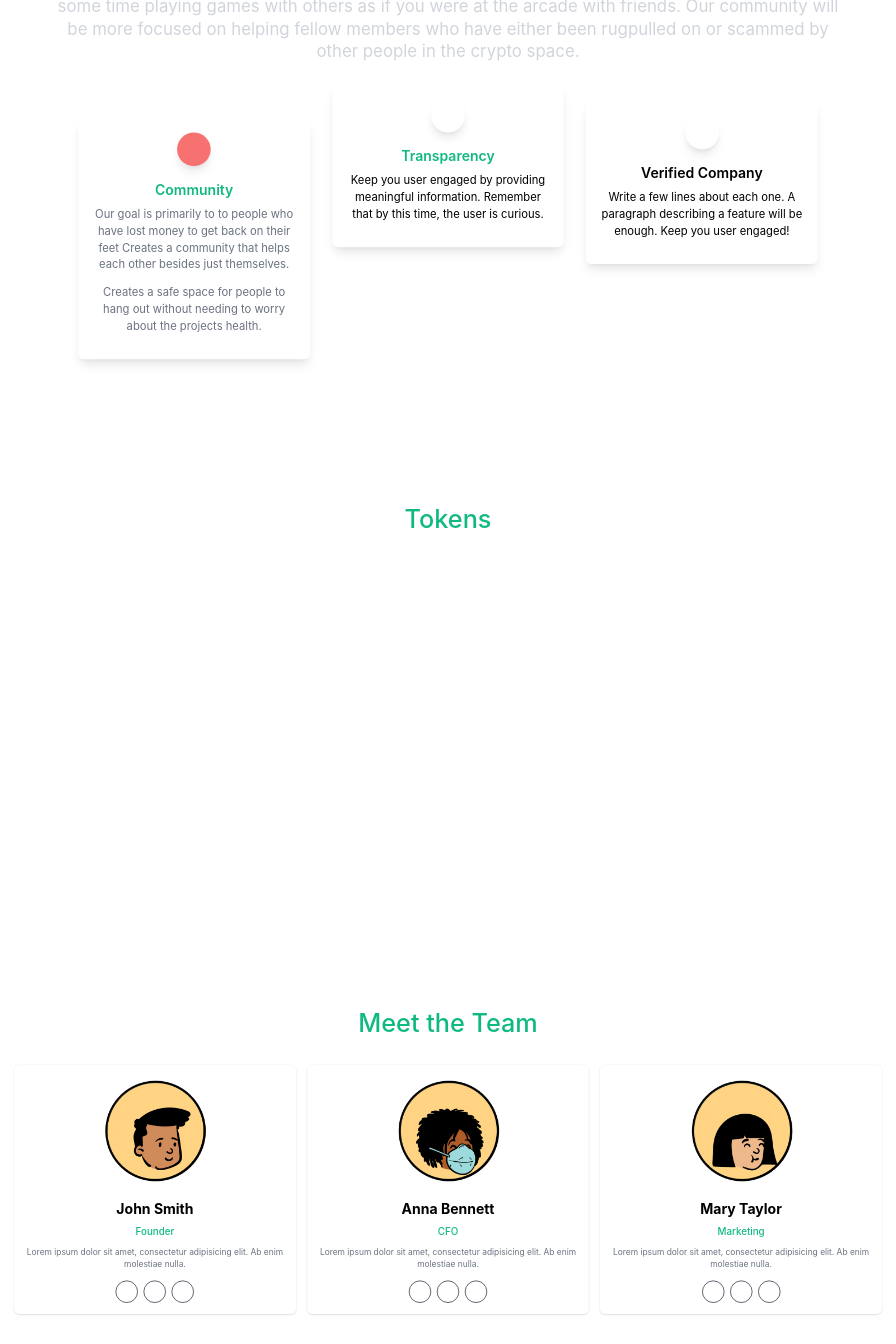
Repository: rhinorphan/phat-landing-page
Page: /
These files come from the project's save history. The page is drawn as it stood at one moment and after the next save; the edit follows.
The browser window is 1280 px wide. The pictures show the part of the page from y = 1456 to 3376 px (the page is 4080 px tall before and 4016 px after), at 70% of full size.
The project was rebuilt for these pictures with package versions that can differ from the ones it lists, and the page was loaded fresh each time. Also part of the build but not shown: craco.config.js.

Above is the page before, as saved 2021-11-17 17:39:14.

### public/index.html
<!DOCTYPE html>
<html lang="en">
  <head>
    <meta charset="utf-8" />
    <link rel="icon" href="%PUBLIC_URL%/assets/images/server_icon.png" />
    <meta name="PHAT" content="width=device-width, initial-scale=1" />
    <meta name="theme-color" content="#000000" />
    <meta
      name="description"
      content="PHAT Landing Page"
    />
    <link rel="apple-touch-icon" href="%PUBLIC_URL%/assets/images/server_icon.png" />
    <!--
      manifest.json provides metadata used when your web app is installed on a
      user's mobile device or desktop. See https://developers.google.com/web/fundamentals/web-app-manifest/
    -->
    <link rel="manifest" href="%PUBLIC_URL%/manifest.json" />
    <!--
      Notice the use of %PUBLIC_URL% in the tags above.
      It will be replaced with the URL of the `public` folder during the build.
      Only files inside the `public` folder can be referenced from the HTML.

      Unlike "/favicon.ico" or "favicon.ico", "%PUBLIC_URL%/favicon.ico" will
      work correctly both with client-side routing and a non-root public URL.
      Learn how to configure a non-root public URL by running `npm run build`.
    -->
    <title>Party Hats</title>
  </head>
  <body>
    <noscript>You need to enable JavaScript to run this app.</noscript>
    <div id="root"></div>
    <!--
      This HTML file is a template.
      If you open it directly in the browser, you will see an empty page.

      You can add webfonts, meta tags, or analytics to this file.
      The build step will place the bundled scripts into the <body> tag.

      To begin the development, run `npm start` or `yarn start`.
      To create a production bundle, use `npm run build` or `yarn build`.
    -->
  </body>
</html>

### src/App.js
import logo from './logo.svg';
import './App.css';
import Header from './components/Header';
import Contact from './components/Contact';
import Landing from './components/Landing';
import Community from './components/Community';
import Tokens from './components/Tokens';
import About from './components/About';

function App() {
  return (
    <div className="app">
        <Header />
        <div className="app__body">
          <Landing />
          <Community />
          <Tokens />
          <About />
          <Contact />
        </div>
    </div>
  );
}

export default App;

### src/App.css
.active {
  @apply py-4 px-2 text-green-500 border-b-4 border-green-500 font-semibold
}

.active2 {
  @apply block text-sm px-2 py-4 text-white bg-green-500 font-semibold
}

.nobull {
  list-style-type: none;
}

### src/components/Header.js
import React from 'react';
import { Link, animateScroll as scroll } from "react-scroll";

function Header() {

  const handleSubmit = (e) => {
    e.preventDefault();

		const menu = document.querySelector(".mobile-menu");

		menu.classList.toggle("hidden");
  }
  const scrollToTop = (e) => {
    scroll.scrollToTop();
  };

  return (
    <nav class="bg-white shadow-lg sticky top-0">
			<div class="max-w-6xl mx-auto px-4">
				<div class="flex justify-between">
					<div class="flex space-x-7">
						<div>
							<a href="" class="flex items-center py-4 px-2">
								<img src={`${process.env.PUBLIC_URL}/assets/images/server_icon.png`} alt="Logo" class="inline object-cover w-12 h-12 mr-4 rounded-full"/>
								<span onClick={scrollToTop}class="font-semibold text-gray-500 text-lg">Party Hats</span>
							</a>
						</div>
						<div class="hidden md:flex items-center space-x-1 nobull">
              <li><Link activeClass="active" className="py-4 px-2 text-gray-500 font-semibold hover:text-green-500 transition duration-300 cursor-pointer"
              to="landing" spy={true} smooth={true} duration={500}>Home</Link></li>
							<li><Link activeClass="active" className="py-4 px-2 text-gray-500 font-semibold hover:text-green-500 transition duration-300 cursor-pointer"
              to="community" spy={true} smooth={true} duration={500}>Community</Link></li>
              <li><Link activeClass="active" className="py-4 px-2 text-gray-500 font-semibold hover:text-green-500 transition duration-300 cursor-pointer"
              to="token" spy={true} smooth={true} duration={500}>Tokens</Link></li>
							<li><Link activeClass="active" className="py-4 px-2 text-gray-500 font-semibold hover:text-green-500 transition duration-300 cursor-pointer"
              to="about" spy={true} smooth={true} duration={500}>About</Link></li>
							<li><Link activeClass="active" className="py-4 px-2 text-gray-500 font-semibold hover:text-green-500 transition duration-300 cursor-pointer"
              to="contact" spy={true} smooth={true} duration={500}>Contact</Link></li>
						</div>
					</div>
					<div class="hidden md:flex items-center space-x-3 ">
						<a target="_blank" rel="noopener noreferrer" href="https://tetr.io/" class="py-2 px-8 font-medium text-white bg-green-500 hover:bg-green-400 transition duration-300 rounded-full">Play</a>
					</div>
					<div class="md:hidden flex items-center">
						<button class="outline-none mobile-menu-button" onClick={handleSubmit}>
						<svg class=" w-6 h-6 text-gray-500 hover:text-green-500 "
							x-show="!showMenu"
							fill="none"
							stroke-linecap="round"
							stroke-linejoin="round"
							stroke-width="2"
							viewBox="0 0 24 24"
							stroke="currentColor"
						>
							<path d="M4 6h16M4 12h16M4 18h16"></path>
						</svg>
					</button>
					</div>
				</div>
			</div>
			<div class="hidden mobile-menu">
				<ul class="">
					<li><Link activeClass="active2" className="block text-sm px-2 py-4 hover:bg-green-500 transition duration-300 hover:text-white cursor-pointer"
              to="landing" spy={true} smooth={true} duration={500}>Home</Link></li>
					<li><Link activeClass="active2" className="block text-sm px-2 py-4 hover:bg-green-500 transition duration-300 hover:text-white cursor-pointer"
              to="community" spy={true} smooth={true} duration={500}>Community</Link></li>
          <li><Link activeClass="active2" className="block text-sm px-2 py-4 hover:bg-green-500 transition duration-300 hover:text-white cursor-pointer"
              to="token" spy={true} smooth={true} duration={500}>Tokens</Link></li>
					<li><Link activeClass="active2" className="block text-sm px-2 py-4 hover:bg-green-500 transition duration-300 hover:text-white cursor-pointer"
              to="about" spy={true} smooth={true} duration={500}>About</Link></li>
					<li><Link activeClass="active2" className="block text-sm px-2 py-4 hover:bg-green-500 transition duration-300 hover:text-white cursor-pointer"
              to="contact" spy={true} smooth={true} duration={500}>Contact</Link></li>
				</ul>
			</div>
		</nav>
  )
}

export default Header

### src/components/Contact.js
import React from 'react'
import { Link, animateScroll as scroll } from "react-scroll";

function Contact() {

  return (
    <section
      className="text-gray-700 body-font h-100" name="contact">
        <div className="container px-5 py-18 mx-auto">
          <div className="flex flex-col text-center w-full mb-12">
            <h1 className="sm:text-4xl text-2xl font-medium title-font mb-4 text-green-500">
              Contact Us
            </h1>
            <p className="lg:w-2/3 mx-auto leading-relaxed text-base">
            Neque porro quisquam est qui dolorem ipsum quia dolor sit amet, consectetur, adipisci velit.
            </p>
          </div>
          <div className="lg:w-1/2 md:w-2/3 mx-auto">
            <div className="flex flex-wrap -m-2">
              <div className="p-2 w-1/2">
                <div className="">
                  <label for="name" className="leading-7 text-sm text-gray-600">
                    Name
                  </label>
                  <input
                    type="text"
                    id="name"
                    name="name"
                    className="w-full bg-gray-100 rounded border border-gray-300 focus:border-green-500 text-base outline-none text-gray-700 py-1 px-3 leading-8 transition-colors duration-200 ease-in-out"
                  />
                </div>
              </div>
              <div className="p-2 w-1/2">
                <div className="">
                  <label
                    for="email"
                    className="leading-7 text-sm text-gray-600"
                  >
                    Email
                  </label>
                  <input
                    type="email"
                    id="email"
                    name="email"
                    className="w-full bg-gray-100 rounded border border-gray-300 focus:border-green-500 text-base outline-none text-gray-700 py-1 px-3 leading-8 transition-colors duration-200 ease-in-out"
                  />
                </div>
              </div>
              <div className="p-2 w-full">
                <div className="">
                  <label
                    for="message"
                    className="leading-7 text-sm text-gray-600"
                  >
                    Message
                  </label>
                  <textarea
                    id="message"
                    name="message"
                    className="w-full bg-gray-100 rounded border border-gray-300 focus:border-green-500 h-32 text-base outline-none text-gray-700 py-1 px-3 resize-none leading-6 transition-colors duration-200 ease-in-out"
                  ></textarea>
                </div>
              </div>
              <div className="p-2 w-full">
                <button className="flex mx-auto py-2 px-8 font-medium text-white bg-green-500 rounded hover:bg-green-400 transition duration-300">
                  Send
                </button>
              </div>
              <div className="p-2 w-full pt-8 mt-8 border-t border-gray-200 text-center">
                <a className="text-green-500">example@email.com</a>
                <p className="leading-normal my-5">
                  49 Smith St.
                  <br />
                  Saint Cloud, MN 56301
                </p>
                <span className="inline-flex">
                  <a className="ml-4 text-gray-500">
                    <svg xmlns="http://www.w3.org/2000/svg" className="w-5 h-5" fill="currentColor" class="bi bi-discord" viewBox="0 0 16 16">
                      <path d="M13.545 2.907a13.227 13.227 0 0 0-3.257-1.011.05.05 0 0 0-.052.025c-.141.25-.297.577-.406.833a12.19 12.19 0 0 0-3.658 0 8.258 8.258 0 0 0-.412-.833.051.051 0 0 0-.052-.025c-1.125.194-2.22.534-3.257 1.011a.041.041 0 0 0-.021.018C.356 6.024-.213 9.047.066 12.032c.001.014.01.028.021.037a13.276 13.276 0 0 0 3.995 2.02.05.05 0 0 0 .056-.019c.308-.42.582-.863.818-1.329a.05.05 0 0 0-.01-.059.051.051 0 0 0-.018-.011 8.875 8.875 0 0 1-1.248-.595.05.05 0 0 1-.02-.066.051.051 0 0 1 .015-.019c.084-.063.168-.129.248-.195a.05.05 0 0 1 .051-.007c2.619 1.196 5.454 1.196 8.041 0a.052.052 0 0 1 .053.007c.08.066.164.132.248.195a.051.051 0 0 1-.004.085 8.254 8.254 0 0 1-1.249.594.05.05 0 0 0-.03.03.052.052 0 0 0 .003.041c.24.465.515.909.817 1.329a.05.05 0 0 0 .056.019 13.235 13.235 0 0 0 4.001-2.02.049.049 0 0 0 .021-.037c.334-3.451-.559-6.449-2.366-9.106a.034.034 0 0 0-.02-.019Zm-8.198 7.307c-.789 0-1.438-.724-1.438-1.612 0-.889.637-1.613 1.438-1.613.807 0 1.45.73 1.438 1.613 0 .888-.637 1.612-1.438 1.612Zm5.316 0c-.788 0-1.438-.724-1.438-1.612 0-.889.637-1.613 1.438-1.613.807 0 1.451.73 1.438 1.613 0 .888-.631 1.612-1.438 1.612Z"/>
                    </svg>
                  </a>
                  <a className="ml-4 text-gray-500">
                    <svg xmlns="http://www.w3.org/2000/svg" className="w-5 h-5" fill="currentColor" class="bi bi-telegram" viewBox="0 0 16 16">
                      <path d="M16 8A8 8 0 1 1 0 8a8 8 0 0 1 16 0zM8.287 5.906c-.778.324-2.334.994-4.666 2.01-.378.15-.577.298-.595.442-.03.243.275.339.69.47l.175.055c.408.133.958.288 1.243.294.26.006.549-.1.868-.32 2.179-1.471 3.304-2.214 3.374-2.23.05-.012.12-.026.166.016.047.041.042.12.037.141-.03.129-1.227 1.241-1.846 1.817-.193.18-.33.307-.358.336a8.154 8.154 0 0 1-.188.186c-.38.366-.664.64.015 1.088.327.216.589.393.85.571.284.194.568.387.936.629.093.06.183.125.27.187.331.236.63.448.997.414.214-.02.435-.22.547-.82.265-1.417.786-4.486.906-5.751a1.426 1.426 0 0 0-.013-.315.337.337 0 0 0-.114-.217.526.526 0 0 0-.31-.093c-.3.005-.763.166-2.984 1.09z"/>
                    </svg>
                  </a>
                </span>
              </div>
            </div>
          </div>
        </div>
      </section>
  )
}

export default Contact

### src/components/Landing.js
import React from 'react'
import { Link, animateScroll as scroll } from "react-scroll";

function Landing() {
  return (
    <section className="grid md:flex place-items-center h-screen py-10 px-4" name="landing">
      <div class="mx-16">
        <h2 class="text-4xl  font-bold mb-2 text-green-500">
          Community Arcade Cabinet
        </h2>
        <h3 class="text-2xl mb-2 text-gray-300">
        With your beloved games.
        </h3>
        <h3 class="text-2xl mb-8 text-green-500">
        Join the revolution!
        </h3>

        <button class="m-2 bg-white font-bold rounded-full py-4 px-8 shadow-lg uppercase tracking-wider text-green-500 hover:bg-green-400 transition duration-300 hover:text-white">
          <a target="_blank" rel="noopener noreferrer" href="https://lionell-moore.gitbook.io/crypto-party-hats/introductions/what-is-party-hats">Whitepaper</a>
        </button>
        <button class="m-2 bg-white font-bold rounded-full py-4 px-8 shadow-lg uppercase tracking-wider text-green-500 hover:bg-green-400 transition duration-300 hover:text-white">
          <a target="_blank" rel="noopener noreferrer" href="#"><Link activeClass="active"
              to="community" spy={true} smooth={true} duration={500}>Learn More</Link></a>
        </button>
      </div>
      <div className="w-full">
        <img src={`${process.env.PUBLIC_URL}/assets/images/landing.png`} alt="" className="h-full w-full"/>
      </div>
    </section>
  )
}

export default Landing

### src/components/Community.js
import React from 'react'

function Community() {
  return (
    <section className="grid md:grid place-items-center h-100 py-10 px-4" name="community">
      <div className="w-min-50">
        <img src={`${process.env.PUBLIC_URL}/assets/images/collab.png`} alt=""/>
      </div>
      <div class="mx-16 w-50">
        <h2 class="flex text-4xl  font-bold mb-2 text-green-500 justify-center">
        Party Hats?
        </h2>
        <h3 class="flex text-2xl mb-2 text-gray-300 text-center">
        The Party Hats team and our community aims to be a central guild for anyone to join in and spend some time playing games with others as if you were at the arcade with friends. Our community will be more focused on helping fellow members who have either been rugpulled on or scammed by other people in the crypto space.
        </h3>
        <section class="pb-10 bg-blueGray-200 mt-8">
        <div class="container mx-auto px-4">
          <div class="flex flex-wrap">
            <div class="lg:pt-12 pt-6 w-full md:w-4/12 px-4 text-center">
              <div class="relative flex flex-col min-w-0 break-words bg-white w-full mb-8 shadow-lg rounded-lg">
                <div class="px-4 py-5 flex-auto">
                  <div class="text-white p-3 text-center inline-flex items-center justify-center w-12 h-12 mb-5 shadow-lg rounded-full bg-red-400">
                    <i class="fas fa-award"></i>
                  </div>
                  <h6 class="text-xl font-semibold text-green-500">Community</h6>
                  <p class="mt-2 mb-4 text-gray-500">
                  Our goal is primarily to to people who have lost money to get back on their feet
                  Creates a community that helps each other besides just themselves.
                  </p>
                  <p class="mt-2 mb-4 text-gray-500">
                  Creates a safe space for people to hang out without needing to worry about the projects health.
                  </p>
                </div>
              </div>
            </div>
            <div class="w-full md:w-4/12 px-4 text-center">
              <div class="relative flex flex-col min-w-0 break-words bg-white w-full mb-8 shadow-lg rounded-lg">
                <div class="px-4 py-5 flex-auto">
                  <div class="text-white p-3 text-center inline-flex items-center justify-center w-12 h-12 mb-5 shadow-lg rounded-full bg-lightBlue-400">
                    <i class="fas fa-retweet"></i>
                  </div>
                  <h6 class="text-xl font-semibold text-green-500">Transparency</h6>
                  <p class="mt-2 mb-4 text-blueGray-500">
                    Keep you user engaged by providing meaningful information.
                    Remember that by this time, the user is curious.
                  </p>
                </div>
              </div>
            </div>
            <div class="pt-6 w-full md:w-4/12 px-4 text-center">
              <div class="relative flex flex-col min-w-0 break-words bg-white w-full mb-8 shadow-lg rounded-lg">
                <div class="px-4 py-5 flex-auto">
                  <div class="text-white p-3 text-center inline-flex items-center justify-center w-12 h-12 mb-5 shadow-lg rounded-full bg-emerald-400">
                    <i class="fas fa-fingerprint"></i>
                  </div>
                  <h6 class="text-xl font-semibold">Verified Company</h6>
                  <p class="mt-2 mb-4 text-blueGray-500">
                    Write a few lines about each one. A paragraph describing a
                    feature will be enough. Keep you user engaged!
                  </p>
                </div>
              </div>
            </div>
          </div>
        </div>
        </section>
      </div>
    </section>
  )
}

export default Community

### src/components/Tokens.js
import React from 'react'

function Tokens() {
  return (
    <section name="token" className="h-screen container px-5 py-24 mx-auto flex justify-center">
      <p className="sm:text-4xl text-2xl font-medium title-font mb-4 text-green-500">Tokens</p>
    </section>
  )
}

export default Tokens

### src/components/About.js
import React from 'react'

// shadow-lg border border-gray-200 rounded-full overflow-hidden - picture TEAM div className

function About() {
  return (
    <section name="about" className="h-100 container px-5 py-24 mx-auto flex-col">
      <div>
        <p className="flex justify-center sm:text-4xl text-2xl font-medium title-font mb-10 text-green-500">Meet the Team</p>
      </div>
      <div class="flex flex-col sm:flex-row gap-4">

			<div class="flex flex-col items-center justify-center bg-white p-4 shadow rounded-lg">
				<div class="inline-flex h-40 w-40">
					<img src={`${process.env.PUBLIC_URL}/assets/images/team1.png`}
						 alt=""
						 class="h-full w-full"/>
				</div>

				<h2 class="mt-4 font-bold text-xl">John Smith</h2>
				<h6 class="mt-2 text-sm font-medium text-green-500">Founder</h6>

				<p class="text-xs text-gray-500 text-center mt-3">
					Lorem ipsum dolor sit amet, consectetur adipisicing elit. Ab enim molestiae nulla.
				</p>

				<ul class="flex flex-row mt-4 space-x-2">
					<li>
						<a href="" class="flex items-center justify-center h-8 w-8 border rounded-full text-gray-800 border-gray-800">
							<i class="fab fa-facebook"></i>
						</a>
					</li>
					<li>
						<a href="" class="flex items-center justify-center h-8 w-8 border rounded-full text-gray-800 border-gray-800">
							<i class="fab fa-twitter"></i>
						</a>
					</li>
					<li>
						<a href="" class="flex items-center justify-center h-8 w-8 border rounded-full text-gray-800 border-gray-800">
							<i class="fab fa-instagram"></i>
						</a>
					</li>
				</ul>
			</div>

			<div class="flex flex-col items-center justify-center bg-white p-4 shadow rounded-lg">
				<div class="inline-flex h-40 w-40">
					<img src={`${process.env.PUBLIC_URL}/assets/images/team2.png`}
						 alt=""
						 class="h-full w-full"/>
				</div>

				<h2 class="mt-4 font-bold text-xl">Anna Bennett</h2>
				<h6 class="mt-2 text-sm font-medium text-green-500">CFO</h6>

				<p class="text-xs text-gray-500 text-center mt-3">
					Lorem ipsum dolor sit amet, consectetur adipisicing elit. Ab enim molestiae nulla.
				</p>

				<ul class="flex flex-row mt-4 space-x-2">
					<li>
						<a href="" class="flex items-center justify-center h-8 w-8 border rounded-full text-gray-800 border-gray-800">
							<i class="fab fa-facebook"></i>
						</a>
					</li>
					<li>
						<a href="" class="flex items-center justify-center h-8 w-8 border rounded-full text-gray-800 border-gray-800">
							<i class="fab fa-twitter"></i>
						</a>
					</li>
					<li>
						<a href="" class="flex items-center justify-center h-8 w-8 border rounded-full text-gray-800 border-gray-800">
							<i class="fab fa-instagram"></i>
						</a>
					</li>
				</ul>
			</div>

			<div class="flex flex-col items-center justify-center bg-white p-4 shadow rounded-lg">
				<div class="inline-flex h-40 w-40">
					<img src={`${process.env.PUBLIC_URL}/assets/images/team3.png`}
						 alt=""
						 class="h-full w-full"/>
				</div>

				<h2 class="mt-4 font-bold text-xl">Mary Taylor</h2>
				<h6 class="mt-2 text-sm font-medium text-green-500">Marketing</h6>

				<p class="text-xs text-gray-500 text-center mt-3">
					Lorem ipsum dolor sit amet, consectetur adipisicing elit. Ab enim molestiae nulla.
				</p>

				<ul class="flex flex-row mt-4 space-x-2">
					<li>
						<a href="" class="flex items-center justify-center h-8 w-8 border rounded-full text-gray-800 border-gray-800">
							<i class="fab fa-facebook"></i>
						</a>
					</li>
					<li>
						<a href="" class="flex items-center justify-center h-8 w-8 border rounded-full text-gray-800 border-gray-800">
							<i class="fab fa-twitter"></i>
						</a>
					</li>
					<li>
						<a href="" class="flex items-center justify-center h-8 w-8 border rounded-full text-gray-800 border-gray-800">
							<i class="fab fa-instagram"></i>
						</a>
					</li>
				</ul>
			</div>

		</div>

    </section>
  )
}

export default About

Loaded but not shown: src/index.js (common file); src/index.css (common file); src/reportWebVitals.js (common file); tailwind.config.js (common file)

After the next save:
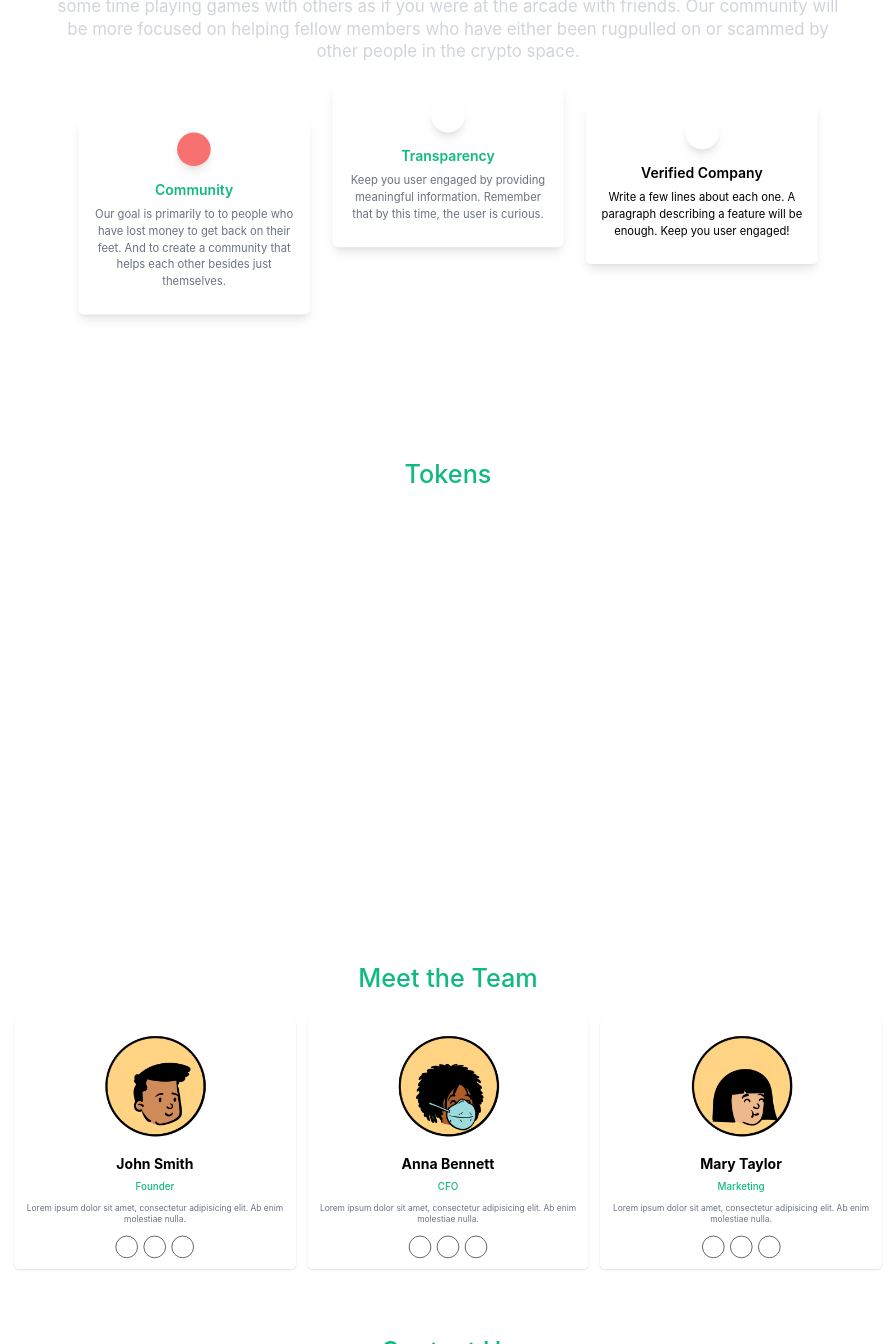
Saved 46 s later.
--- a/src/components/Community.js
+++ b/src/components/Community.js
@@ -24,11 +24,7 @@ function Community() {
                   </div>
                   <h6 class="text-xl font-semibold text-green-500">Community</h6>
                   <p class="mt-2 mb-4 text-gray-500">
-                  Our goal is primarily to to people who have lost money to get back on their feet
-                  Creates a community that helps each other besides just themselves.
-                  </p>
-                  <p class="mt-2 mb-4 text-gray-500">
-                  Creates a safe space for people to hang out without needing to worry about the projects health.
+                  Our goal is primarily to to people who have lost money to get back on their feet. And to create a community that helps each other besides just themselves.
                   </p>
                 </div>
               </div>
@@ -40,7 +36,7 @@ function Community() {
                     <i class="fas fa-retweet"></i>
                   </div>
                   <h6 class="text-xl font-semibold text-green-500">Transparency</h6>
-                  <p class="mt-2 mb-4 text-blueGray-500">
+                  <p class="mt-2 mb-4 text-gray-500">
                     Keep you user engaged by providing meaningful information.
                     Remember that by this time, the user is curious.
                   </p>
